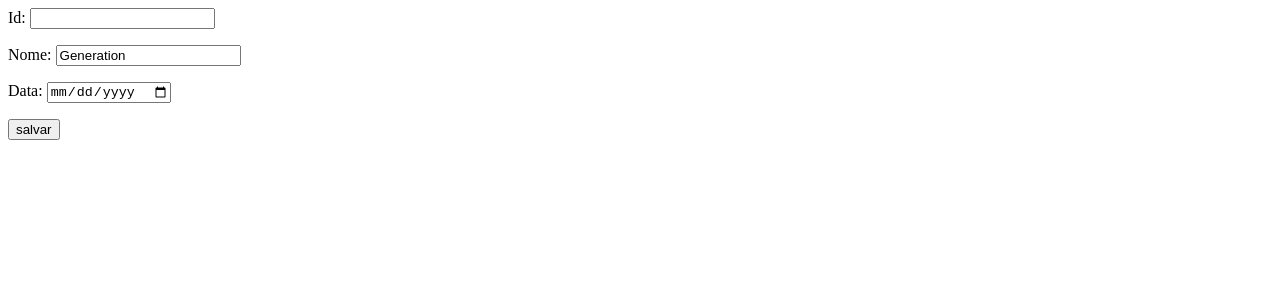
Repository: Andrepeduti/Spring-Tool
Page: workspace-sts-3.9.12.RELEASE/service-api-1-dia/src/main/resources/index.html
The author's editor kept a copy of each file at every save. The page is drawn from the files as they stood at one save, then again after the next save.
The browser window is 1280 px wide. The pictures show the whole page.
The page's requests for data from a server got no answer. Some web libraries are served in a nearby version.

Above is the page before, as saved 2020-10-06 12:07:39.

### workspace-sts-3.9.12.RELEASE/service-api-1-dia/src/main/resources/index.html
<html>
    <head>
        <script src="https://ajax.googleapis.com/ajax/libs/angularjs/1.6.9/angular.min.js"></script>
        <script src="controller.js"></script>

    </head>
<body>
    <div ng-app="myApp" ng-controller="myCtrl">

            <form  >

                Id: <input type="number" ng-model="id" readonly ></p>
               Nome: <input type="text" ng-model="nome" ></p>
                 Data: <input type="date" ng-model="data" ></p>


                <button class="btn btn-success mb-4" ng-click="salvar()">salvar</button>


            </form>

    </div>

</body>
</html>

### workspace-sts-3.9.12.RELEASE/service-api-1-dia/src/main/resources/controller.js
var app = angular.module('myApp', []);

app.controller('myCtrl', function($scope, $http) {
  $scope.id="1";
  $scope.nome="Generation";


$scope.salvar = function() {
  $http.post("http://localhost:8080/servicos", {
    'id':$scope.id,
    'nome':$scope.nome,
    'data':$scope.data
  })
  };

$scope.get = function()
{
  $http.get("http://localhost:8080/servicos")
  .then(function(resposta) {
    console.info(resposta);
  });
}

});

After the next save:
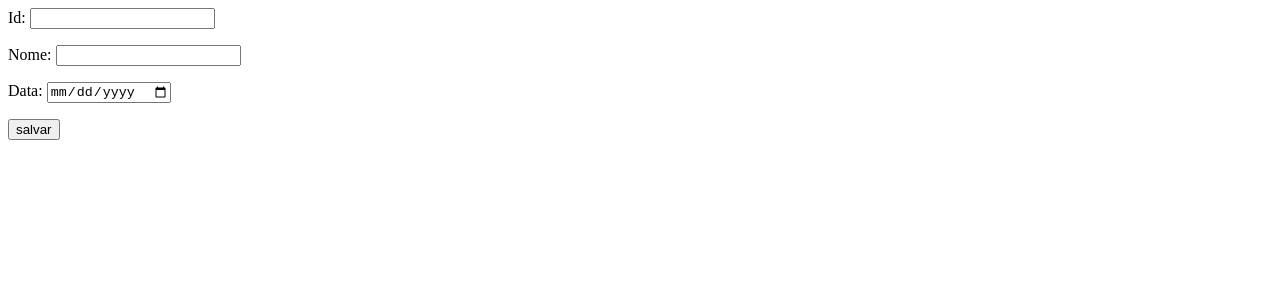
Saved 28 h 26 min later.
--- a/workspace-sts-3.9.12.RELEASE/service-api-1-dia/src/main/resources/controller.js
+++ b/workspace-sts-3.9.12.RELEASE/service-api-1-dia/src/main/resources/controller.js
@@ -1,24 +1,20 @@
 var app = angular.module('myApp', []);
 
 app.controller('myCtrl', function($scope, $http) {
-  $scope.id="1";
-  $scope.nome="Generation";
+	$scope.servicos = new Object();
+	$scope.salvar = function() {
+		$http.post("http://localhost:8080/servicos", {
+			'id' : $scope.id,
+			'nome' : $scope.nome,
+			'data' : $scope.data
+		})
+	};
 
+	$scope.getAll = function() {
+		$http.get("http://localhost:8080/servicos").then(function(resposta) {
+			$scope.servicos = resposta.data;
+		});
+	}
 
-$scope.salvar = function() {
-  $http.post("http://localhost:8080/servicos", {
-    'id':$scope.id,
-    'nome':$scope.nome,
-    'data':$scope.data
-  })
-  };
-
-$scope.get = function()
-{
-  $http.get("http://localhost:8080/servicos")
-  .then(function(resposta) {
-    console.info(resposta);
-  });
-}
-
+	$scope.getAll();
 });
